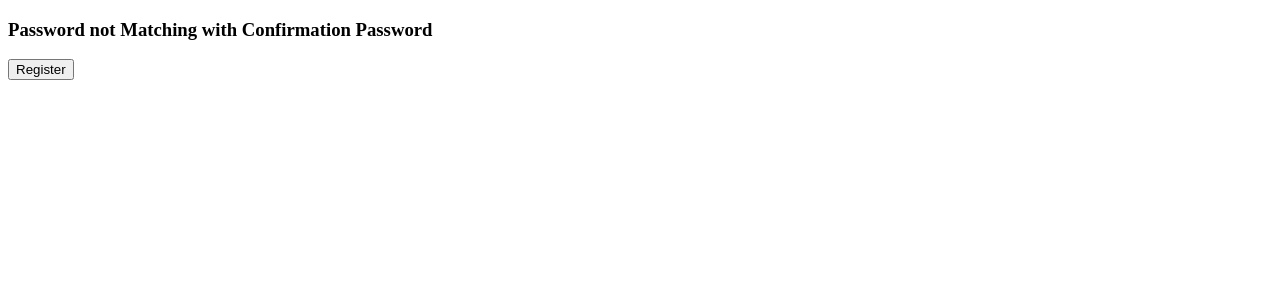
Repository: iamvinayhv/Servlet
Page: http://localhost/EmployeeApp/jsp/noMatch.jsp
The author's editor kept a copy of each file at every save. The page is drawn from the files as they stood at one save, then again after the next save.
The browser window is 1280 px wide. The pictures show the whole page.
The page is served by Tomcat 9. Other server files are loaded and not shown.

Above is the page before, as saved 2017-03-09 10:47:56.

### EmployeeApp/WebContent/jsp/noMatch.jsp
<%@ page language="java" contentType="text/html; charset=UTF-8"
    pageEncoding="UTF-8"%>
<!DOCTYPE html PUBLIC "-//W3C//DTD HTML 4.01 Transitional//EN" "http://www.w3.org/TR/html4/loose.dtd">
<html>
<head>
<meta http-equiv="Content-Type" content="text/html; charset=UTF-8">
<title>Insert title here</title>
</head>
<body>

<h3>Password not Matching with Confirmation Password</h3>

<a href="register.jsp">
<input type="submit" value="Register"><br/></a>

</body>
</html>

After the next save:
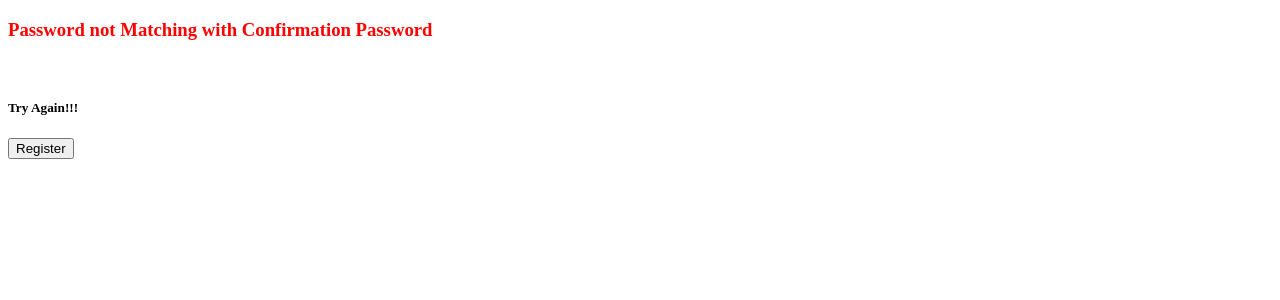
Saved 2 min 23 s later.
--- a/EmployeeApp/WebContent/jsp/noMatch.jsp
+++ b/EmployeeApp/WebContent/jsp/noMatch.jsp
@@ -8,7 +8,9 @@
 </head>
 <body>
 
-<h3>Password not Matching with Confirmation Password</h3>
+<h3 style="color:red;">Password not Matching with Confirmation Password</h3><br/>
+
+<h5>Try Again!!!</h5>
 
 <a href="register.jsp">
 <input type="submit" value="Register"><br/></a>
